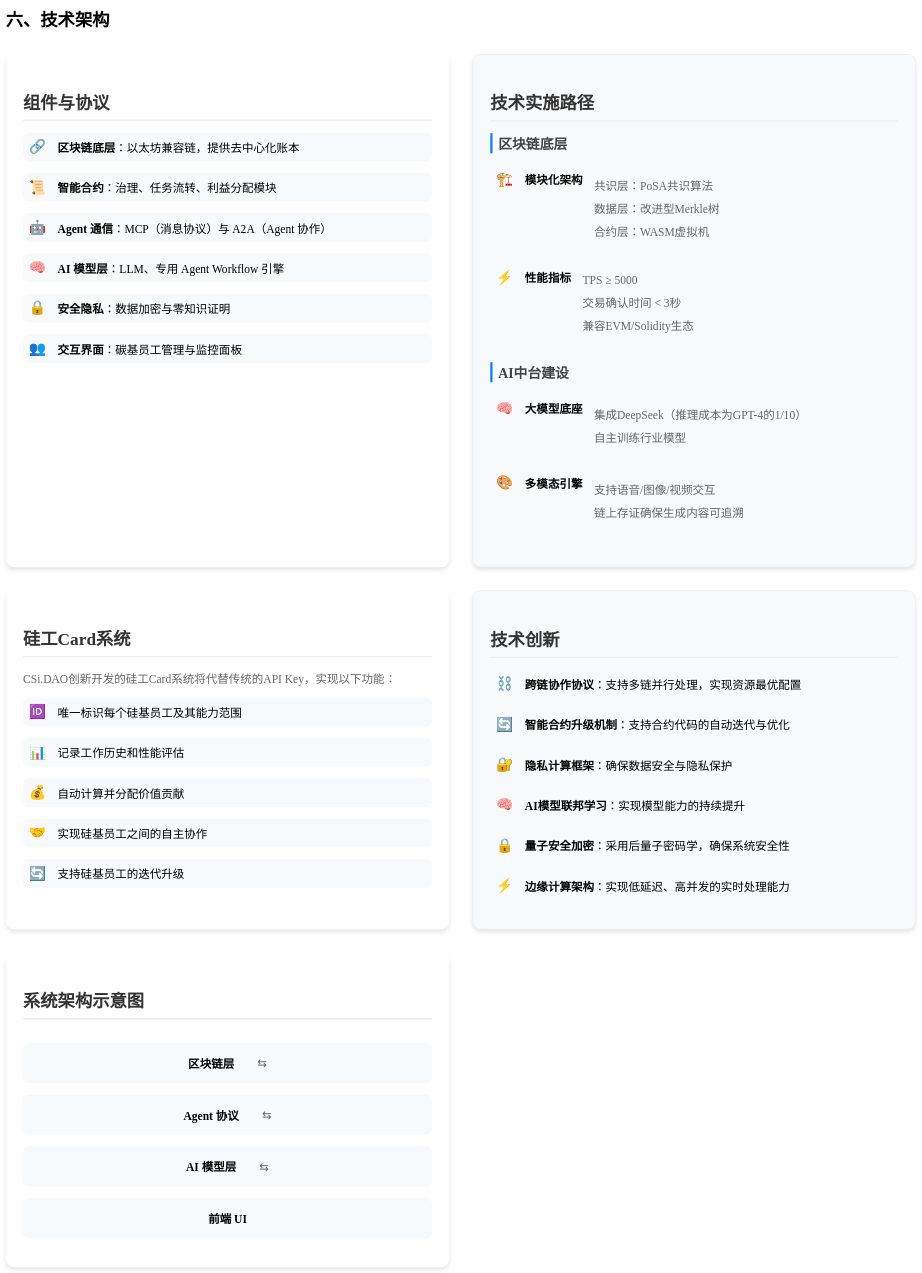
Repository: delez911/ainize
Page: static-site/src/components/technology/technology.html
These files come from the project's save history. The page is drawn as it stood at one moment and after the next save; the edit follows.
The browser window is 1280 px wide. The pictures show the whole page, at 72% of full size.

Above is the page before, as saved 2025-04-24 10:49:07.

After the next save:
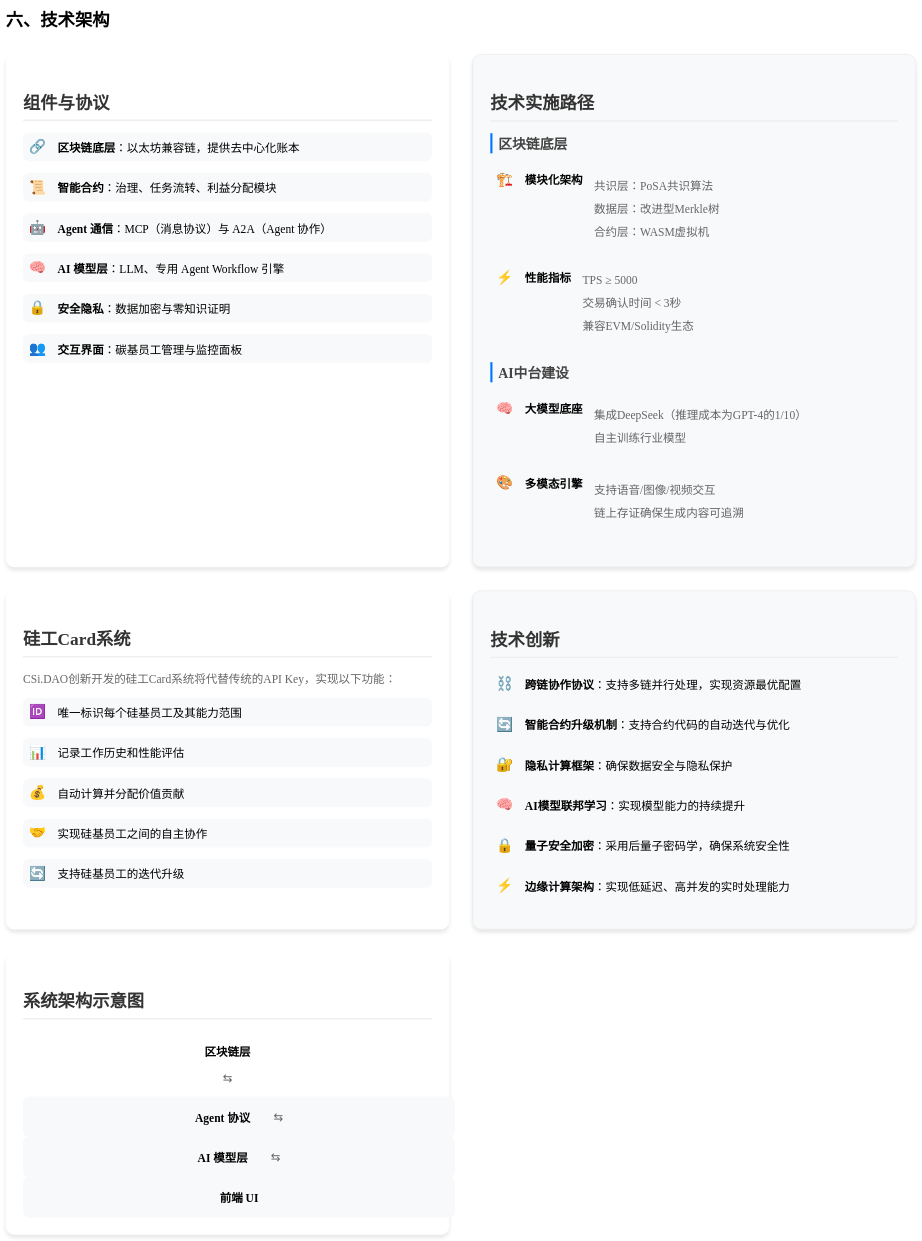
Saved 65 s later.
--- a/static-site/src/components/technology/technology.html
+++ b/static-site/src/components/technology/technology.html
@@ -155,7 +155,6 @@
           <h3 class="tech-card-title">系统架构示意图</h3>
           <div class="tech-card-content">
             <div class="architecture-diagram">
-              <div class="diagram-layer">
                 <span class="layer-name">区块链层</span>
                 <span class="layer-arrow">⇆</span>
               </div>
